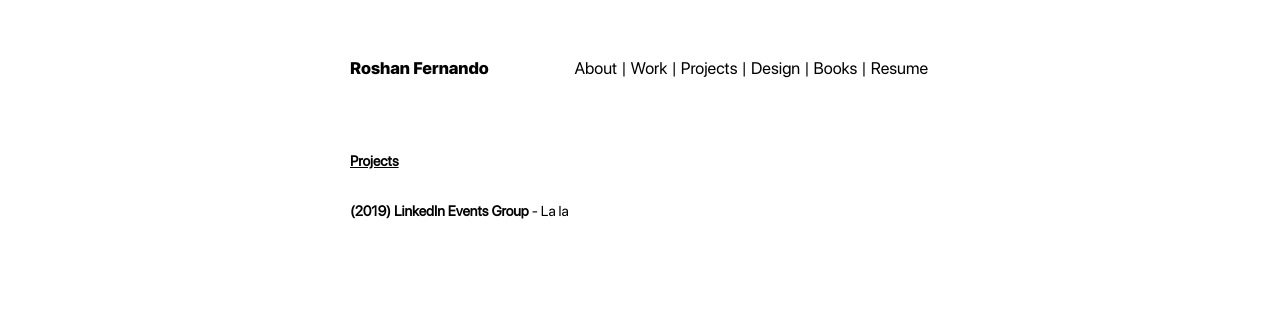
Repository: rdf004/rdf004.github.io
Page: /design
An editor plug-in stored every save of this project. The page is shown before and after the next save, followed by the edit.
The browser window is 1280 px wide. The pictures show the whole page.
The project was rebuilt for these pictures with package versions that can differ from the ones it lists, and the page was loaded fresh each time. Also part of the build but not shown: src/Components/About.js, src/Components/Work.js, src/Components/Projects.js, src/Components/Books.js, src/Components/Resume.js.

Above is the page before, as saved 2019-11-20 09:09:24.

After the next save:
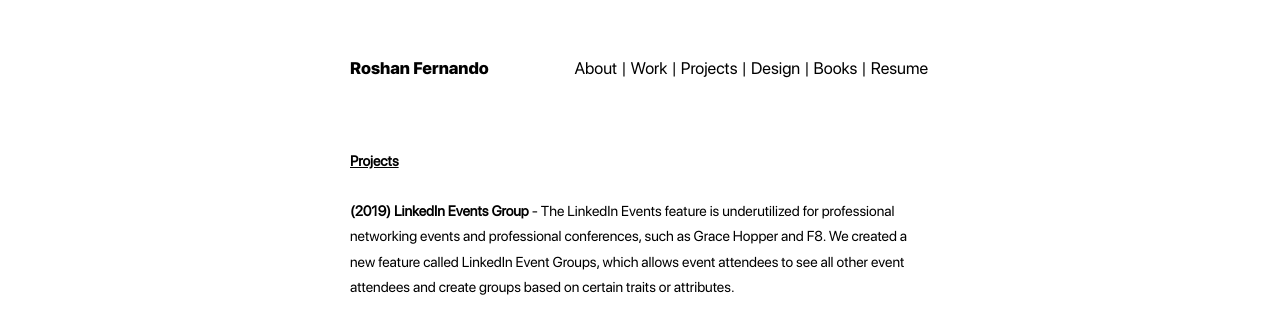
Saved 20 min 35 s later.
--- a/src/Components/Design.js
+++ b/src/Components/Design.js
@@ -13,7 +13,7 @@
                 <Header className="header"/>
                 <p className="page-content">
                     <b><u>Projects</u></b><br/><br/>
-                    <b>(2019) LinkedIn Events Group</b> - La la<br/><br/>
+                    <b>(2019) LinkedIn Events Group</b> - The LinkedIn Events feature is underutilized for professional networking events and professional conferences, such as Grace Hopper and F8. We created a new feature called LinkedIn Event Groups, which allows event attendees to see all other event attendees and create groups based on certain traits or attributes.<br/><br/>
                 </p>
             </div>
 
